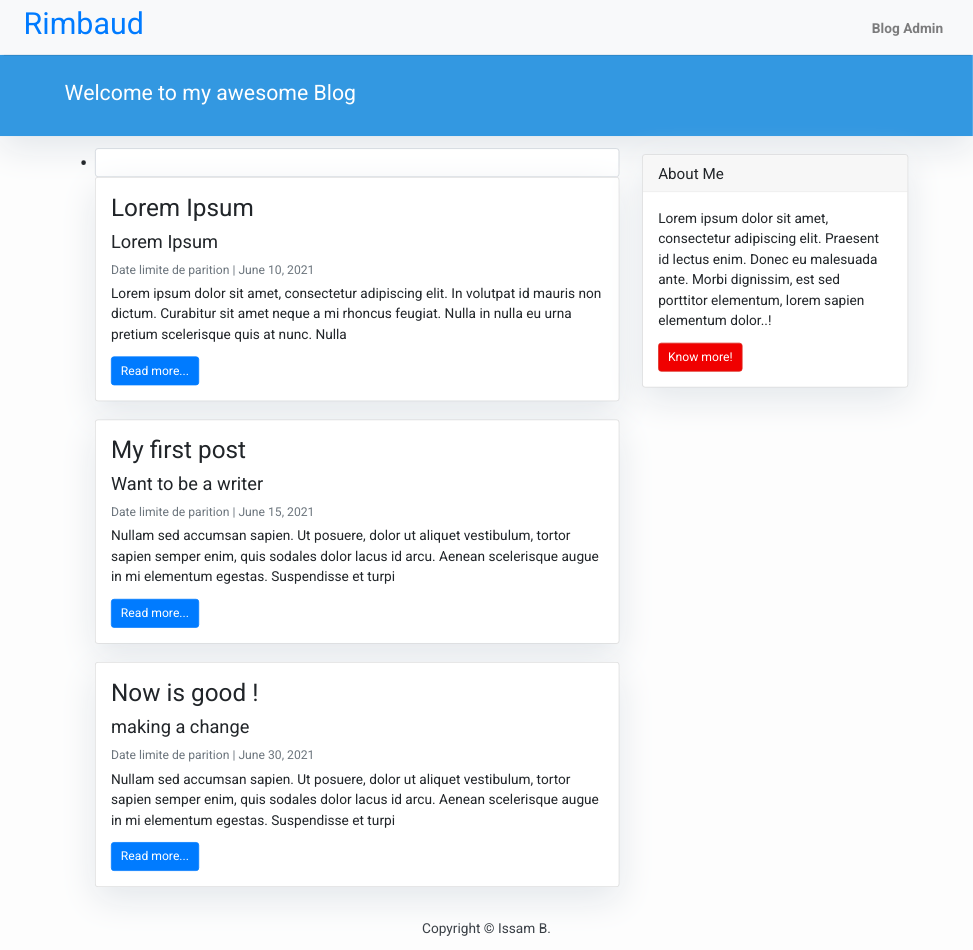
Repository: IssamBouzidi/rimbaud
Page: http://localhost/
These files come from the project's save history. The page is drawn as it stood at one moment and after the next save; the edit follows.
The browser window is 1280 px wide. The pictures show the whole page, at 76% of full size.
The page is served by the project's application, run on Django 3.2 (manage.py). Other server files are loaded and not shown. The page reads the database file committed with the project.

Above is the page before, as saved 2021-06-04 01:27:48.

### blog/templates/index.html
{% extends "base.html" %}
{% block content %}
<style>
    body {
        font-family: "Roboto", sans-serif;
        font-size: 18px;
        background-color: #fdfdfd;
    }

    .head_text {
        color: white;
    }

    .card {
        box-shadow: 0 16px 48px #E3E7EB;
    }

    #id_radio:checked~.title_box {
        display: none;
    }

    #title_radio:checked~.id_box {
        display: none;
    }
</style>
<header class="masthead">
    <div class="overlay"></div>
    <div class="container">
        <div class="row">
            <div class=" col-md-8 col-md-10">
                <div class="site-heading">
                    <h3 class=" site-heading my-4 mt-3 text-white"> Welcome to my awesome Blog </h3>
                    </p>
                </div>
            </div>
        </div>
    </div>
</header>
<div class="container">
    <!-- <span class="title_box">Rechercher par titre: </span> -->
    <!-- <input type="text" id="title_box" class="title_box search_box"> -->
    <div class="row">
        <!-- Blog Entries Column -->
        <div class="col-md-8 mt-3 left">
            <div id="articles_block">
                {% include "detail_article.html" %}
            </div>
        </div>
        {% block sidebar %} {% include 'sidebar.html' %} {% endblock sidebar %}
    </div>
</div>
<script type="text/javascript">
    const search_boxes = document.getElementsByClassName('search_box')
    const block_list = document.getElementById('articles_block')
    console.log('pass');
    const inputHandler = function (e) {
        console.log('function');
        value = document.getElementById("title_box").value;

        console.log('value: ' + value)
        request = new Request(
            '/search_article/' + value
        );

        fetch(request)
            .then(res => {
                if (res.ok) {
                    console.log('ok')
                    return res.text();
                } else {
                    console.log('error')
                    return Promise.reject(res.status);
                }
            })
            .then(res => block_list.innerHTML = res)
            .catch(err => console.log(`Erreur avec le message : ${err}`));
    }

    Array.prototype.forEach.call(search_boxes, function (search_box) { search_box.addEventListener('input', inputHandler) });

</script>
{%endblock%}

### blog/templates/base.html
<!DOCTYPE html>
<html>

    <head>
        <title>Django Central</title>
        <link href="https://fonts.googleapis.com/css?family=Roboto:400,700" rel="stylesheet">
        <meta name="google" content="notranslate" />
        <meta name="viewport" content="width=device-width, initial-scale=1" />
        <link rel="stylesheet" href="https://maxcdn.bootstrapcdn.com/bootstrap/4.0.0/css/bootstrap.min.css" integrity="sha384-Gn5384xqQ1aoWXA+058RXPxPg6fy4IWvTNh0E263XmFcJlSAwiGgFAW/dAiS6JXm"
            crossorigin="anonymous" />
    </head>

    <body>
        <style>
            body {
            font-family: "Roboto", sans-serif;
            font-size: 17px;
            background-color: #fdfdfd;
        }
        .shadow {
            box-shadow: 0 4px 2px -2px rgba(0, 0, 0, 0.1);
        }
        .btn-danger {
            color: #fff;
            background-color: #f00000;
            border-color: #dc281e;
        }
        .masthead {
            background: #3398E1;
            height: auto;
            padding-bottom: 15px;
            box-shadow: 0 16px 48px #E3E7EB;
            padding-top: 10px;
        }
    </style>

    <!-- {% block title %}{% if subtitle %}{{ subtitle }} | {% endif %}{{ title }} | {{ site_title|default:_('Django site admin') }}{% endblock %} -->
        <!-- Navigation -->
        <nav class="navbar navbar-expand-lg navbar-light bg-light shadow" id="mainNav">
            <div class="container-fluid">
                {% block branding %}
                    <h1 id="site-name"><a href="#">Rimbaud</a></h1>
                {% endblock %}
                <button class="navbar-toggler navbar-toggler-right" type="button" data-toggle="collapse" data-target="#navbarResponsive"
                    aria-controls="navbarResponsive" aria-expanded="false" aria-label="Toggle navigation">
                    <span class="navbar-toggler-icon"></span>
                </button>
                <div class="collapse navbar-collapse" id="navbarResponsive">
                    <ul class="navbar-nav ml-auto">
                        <li class="nav-item text-black">
                            <a class="nav-link text-black font-weight-bold" href="{% url 'admin:index' %}">
                                {{ site_title|default:_('Blog Admin') }}
                            </a>
                        </li>
                    </ul>
                </div>
            </div>
        </nav>
        {% block content %}
        <!-- Content Goes here -->
        {% endblock content %}
        <!-- Footer -->
        <footer class="py-3 bg-grey">
            <p class="m-0 text-dark text-center ">Copyright &copy; Issam B.</p>
        </footer>
    </body>
</html>

### blog/templates/detail_article.html
<ul>
    <li><input type="text" class="form-control title_box search_box" id="title_box" aria-describedby="emailHelp"></li>
    {% for article in articles %}
    <div class="card mb-4">
        <div class="card-body">
            <h2 class="card-title">{{ article.title }}</h2>
            <h4 class="card-title">{{ article.description }}</h4>
            <p class="card-text text-muted h6">Date limite de parition | {{ article.visibility_date_limit}} </p>
            <p class="card-text">{{article.article|slice:":200" }}</p>
            <a href="/article/{{ article.id }}" class="btn btn-primary">Read more...</a>
        </div>
    </div>
    {% endfor %}
</ul>

### blog/templates/sidebar.html
{% block sidebar %}

<style>
        .card{
            box-shadow: 0 16px 48px #E3E7EB;
        }

</style>

<!-- Sidebar Widgets Column -->
<div class="col-md-4 float-right ">
<div class="card my-4">
        <h5 class="card-header">About Me</h5>
    <div class="card-body">
        <p class="card-text"> Lorem ipsum dolor sit amet, consectetur adipiscing elit. Praesent id lectus enim. Donec eu malesuada ante. Morbi dignissim, est sed porttitor elementum, lorem sapien elementum dolor..!</p>
        <a href="#" class="btn btn-danger">Know more!</a>
    </div>
</div>
</div>

{% endblock sidebar %}

### blog/models.py
from django.db import models


class Article(models.Model):
    title = models.CharField("Titre", max_length=25)
    description = models.CharField("Déscription", max_length=50)
    article = models.TextField("Article", max_length=1000)
    visibility_date_limit = models.DateField("Date limite de parution")
    visible_only_by_admin = models.BooleanField("Article visible par l'administrateur uniquement", default=True)

### blog/views.py
from django.shortcuts import render
from django.http import HttpResponse
from blog.models import Article
from django.db.models.query import QuerySet
import datetime


def get_all(request):
    query = __find_articles_query(request.user.is_superuser)
    articles_list = {"articles": query}
#    return render(request, "all.html", articles_list)
    return render(request, "index.html", articles_list)



def get_article(request, id: str):
    print(f'id: {id.__class__.__name__}')
    query = (__find_articles_query(request.user.is_superuser).filter(id=id).first())
    article = {"article": query}
    return render(request, "article.html", article)


def search_article(request, title: str = None):
    if title is None:
        query = __find_articles_query(request.user.is_superuser)
    else:
        query = __find_articles_query(request.user.is_superuser).filter(
            title__icontains=title
        )

    articles_list = {"articles": query}
    return render(request, "detail_article.html", articles_list)


def __find_articles_query(is_admin: bool = False) -> QuerySet:
    articles = Article.objects.exclude(
        visibility_date_limit__lt=datetime.datetime.now(),
    ).order_by("id")

    if not is_admin:
        articles = articles.exclude(
            visible_only_by_admin=True,
        )

    return articles

### rimbaud/urls.py
"""rimbaud URL Configuration

The `urlpatterns` list routes URLs to views. For more information please see:
    https://docs.djangoproject.com/en/3.1/topics/http/urls/
Examples:
Function views
    1. Add an import:  from my_app import views
    2. Add a URL to urlpatterns:  path('', views.home, name='home')
Class-based views
    1. Add an import:  from other_app.views import Home
    2. Add a URL to urlpatterns:  path('', Home.as_view(), name='home')
Including another URLconf
    1. Import the include() function: from django.urls import include, path
    2. Add a URL to urlpatterns:  path('blog/', include('blog.urls'))
"""
from django.contrib import admin
from django.urls import include, path

urlpatterns = [
    path('admin/', admin.site.urls),
    path('', include('blog.urls'))
]

### blog/urls.py
from django.urls import path

from . import views

urlpatterns = [
    path("", views.get_all),
    path("article/<str:id>", views.get_article),
    path("search_article/", views.search_article),
    path("search_article/<str:title>", views.search_article)
]

### db.sqlite3 (the tables this page reads, as SQL)
CREATE TABLE "blog_article" ("id" integer NOT NULL PRIMARY KEY AUTOINCREMENT, "title" varchar(25) NOT NULL, "description" varchar(50) NOT NULL, "article" text NOT NULL, "visible_only_by_admin" bool NOT NULL, "visibility_date_limit" date NOT NULL);
INSERT INTO "blog_article" VALUES
(1, 'Lorem Ipsum', 'Lorem Ipsum', 'Lorem ipsum dolor sit amet, consectetur adipiscing elit. In volutpat id mauris non dictum. Curabitur sit amet neque a mi rhoncus feugiat. Nulla in nulla eu urna pretium scelerisque quis at nunc. Nulla leo purus, blandit a porta in, auctor ac ante. Praesent suscipit turpis volutpat velit suscipit maximus. Donec eget tincidunt lacus, sed ultrices diam. Vestibulum tellus nisl, pellentesque suscipit ornare rhoncus, accumsan eu elit. Aliquam erat volutpat. Vivamus dictum nibh ut sem molestie, et maximus sapien vestibulum. Pellentesque faucibus porta leo.

Vivamus feugiat enim dui, id ultricies dui vulputate et. Nam vulputate erat nisi, sed interdum nibh convallis ut. Morbi vitae quam quis mi mollis luctus ut in arcu. Nam vel enim ac mauris pulvinar dignissim quis at augue. Phasellus in nisi justo. Maecenas condimentum efficitur justo vel ultricies. Vivamus commodo, arcu non cursus congue, nisi magna ultricies magna, vel consequat tortor leo vel nunc.', 0, '2021-06-10'),
(2, 'My first post', 'Want to be a writer', 'Nullam sed accumsan sapien. Ut posuere, dolor ut aliquet vestibulum, tortor sapien semper enim, quis sodales dolor lacus id arcu. Aenean scelerisque augue in mi elementum egestas. Suspendisse et turpis et nibh pretium ultricies venenatis nec urna. Mauris eget congue enim. Nulla condimentum ex quis suscipit gravida. Praesent tristique massa ac dignissim commodo. Fusce purus tellus, mattis nec bibendum nec, maximus sed risus. Morbi consequat pellentesque erat et blandit. Interdum et malesuada fames ac ante ipsum primis in faucibus. Donec imperdiet nisl sit amet nibh ornare, dapibus sodales ligula finibus. Curabitur sagittis faucibus tempus. In ante nulla, aliquam bibendum quam eget, accumsan semper urna.

Sed euismod libero ut fermentum finibus. Donec vulputate varius tortor, id dapibus ex rutrum sed. Vestibulum sed odio lacus. Integer commodo lacus vel ex congue rhoncus in non erat. Maecenas efficitur interdum tincidunt. Vivamus semper, leo at lacinia sodales, sapien tortor egestas', 0, '2021-06-15'),
(3, 'Now is good !', 'making a change', 'Nullam sed accumsan sapien. Ut posuere, dolor ut aliquet vestibulum, tortor sapien semper enim, quis sodales dolor lacus id arcu. Aenean scelerisque augue in mi elementum egestas. Suspendisse et turpis et nibh pretium ultricies venenatis nec urna. Mauris eget congue enim. Nulla condimentum ex quis suscipit gravida. Praesent tristique massa ac dignissim commodo. Fusce purus tellus, mattis nec bibendum nec, maximus sed risus. Morbi consequat pellentesque erat et blandit. Interdum et malesuada fames ac ante ipsum primis in faucibus. Donec imperdiet nisl sit amet nibh ornare, dapibus sodales ligula finibus. Curabitur sagittis faucibus tempus. In ante nulla, aliquam bibendum quam eget, accumsan semper urna.

Sed euismod libero ut fermentum finibus. Donec vulputate varius tortor, id dapibus ex rutrum sed. Vestibulum sed odio lacus. Integer commodo lacus vel ex congue rhoncus in non erat. Maecenas efficitur interdum tincidunt. Vivamus semper, leo at lacinia sodales, sapien tortor egestas', 0, '2021-06-30');

After the next save:
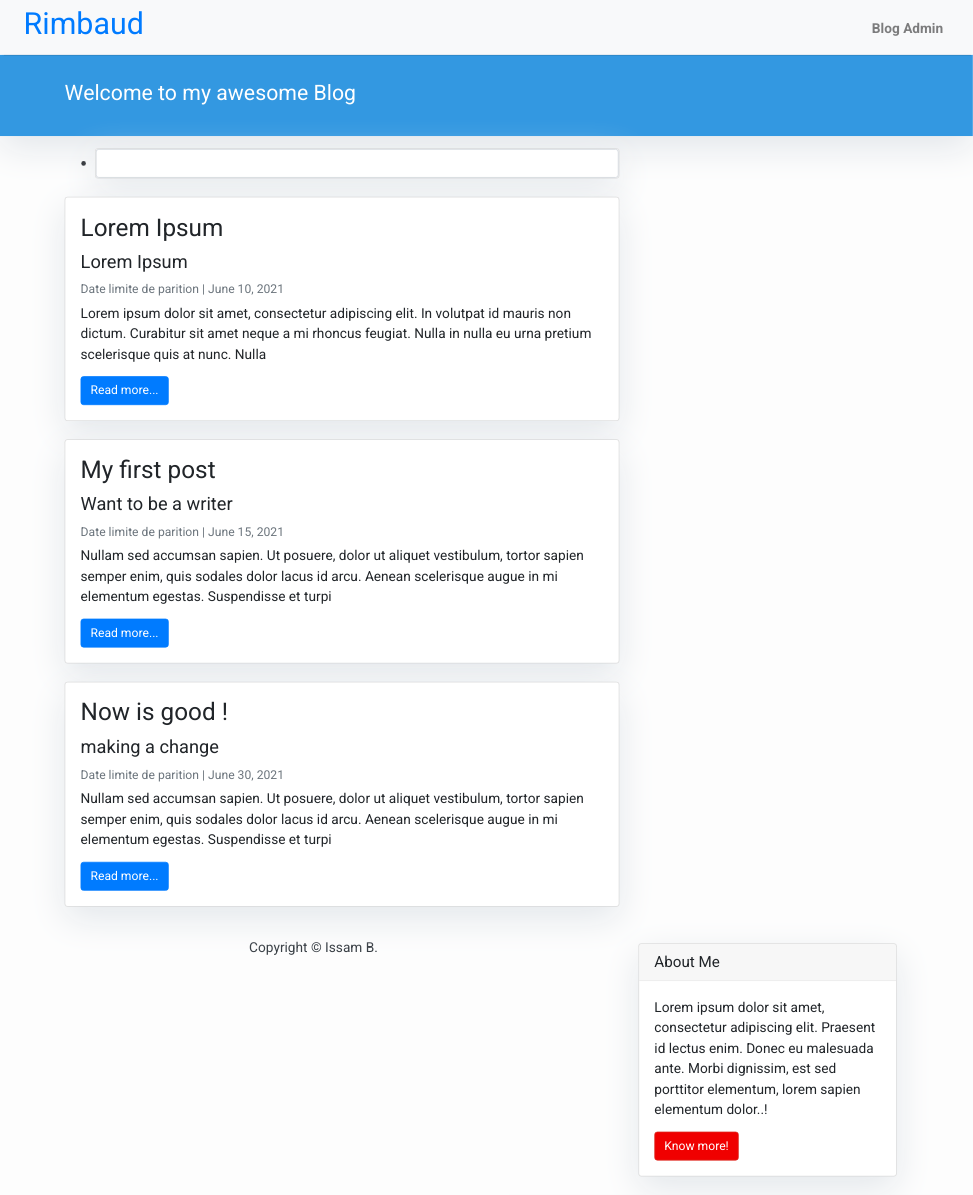
Saved 53 s later.
--- a/blog/templates/detail_article.html
+++ b/blog/templates/detail_article.html
@@ -1,6 +1,9 @@
 <ul>
-    <li><input type="text" class="form-control title_box search_box" id="title_box" aria-describedby="emailHelp"></li>
-    {% for article in articles %}
+    <li>
+        <div class="card mb-4">
+            <input type="text" class="form-control title_box search_box" id="title_box" aria-describedby="emailHelp"></li>
+        </div>
+            {% for article in articles %}
     <div class="card mb-4">
         <div class="card-body">
             <h2 class="card-title">{{ article.title }}</h2>
